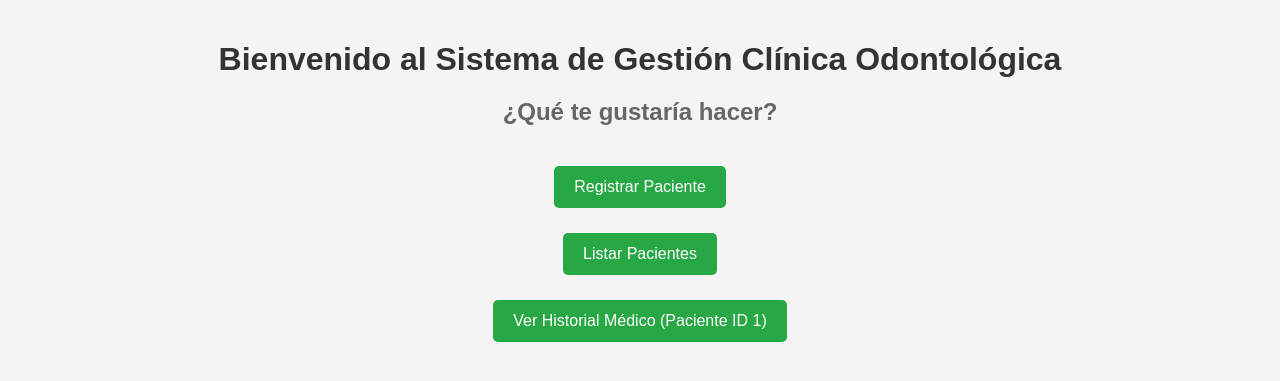
Repository: Aimarvera/LPII_EF_VeraDuran
Page: http://localhost/index
The author's editor kept a copy of each file at every save. The page is drawn from the files as they stood at one save, then again after the next save.
The browser window is 1280 px wide. The pictures show the whole page.
The page is this project's Thymeleaf template; nobody is signed in. The template is opened directly, without the code that normally fills it, so the values that code supplies are empty.

Above is the page before, as saved 2024-10-24 09:38:42.

After the next save:
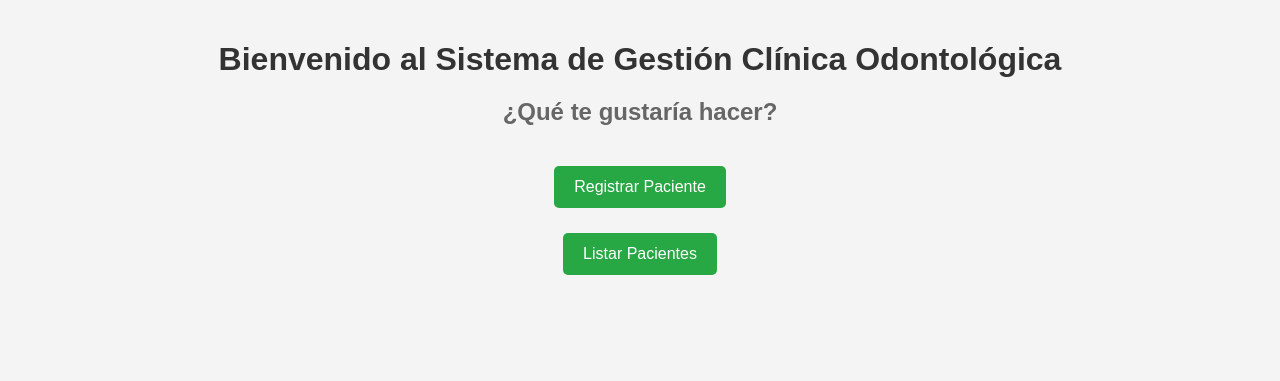
Saved 5 min 11 s later.
--- a/Clinica/src/main/resources/templates/index.html
+++ b/Clinica/src/main/resources/templates/index.html
@@ -56,7 +56,7 @@
     <ul>
         <li><a th:href="@{/pacientes/registrar}">Registrar Paciente</a></li>
         <li><a th:href="@{/pacientes/listar}">Listar Pacientes</a></li>
-        <li><a th:href="@{/pacientes/historial/1}">Ver Historial Médico (Paciente ID 1)</a></li>
+
     </ul>
 </body>
 </html>
